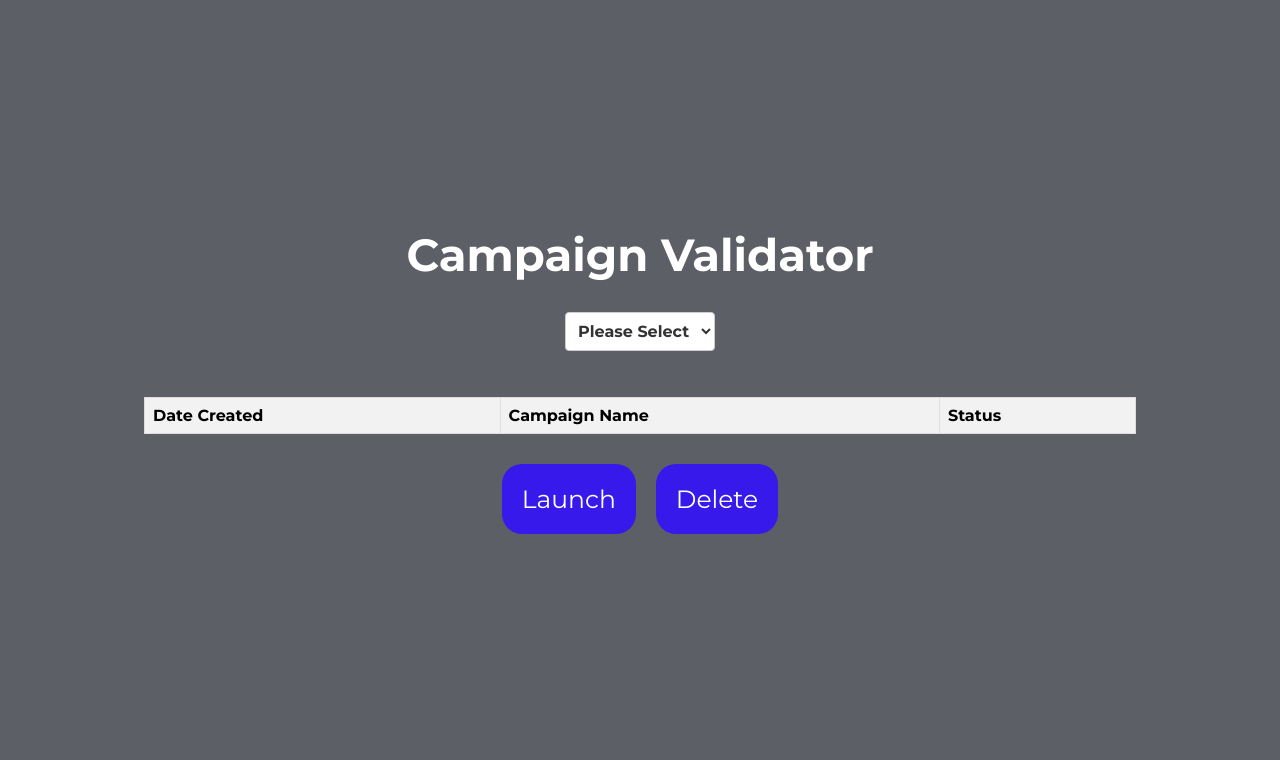
Repository: AbApin/project
Page: / (app in frontend/)
The author's editor kept a copy of each file at every save. The page is drawn from the files as they stood at one save, then again after the next save.
The browser window is 1280 px wide. The pictures show the whole page.
The page's requests for data from a server got no answer. The project was rebuilt for these pictures with package versions that can differ from the ones it lists, and the page was loaded fresh each time. No one was signed in, and anything a server would have sent is missing. Also part of the build but not shown: frontend/vue.config.js.

Above is the page before, as saved 2023-02-22 11:56:27.

After the next save:
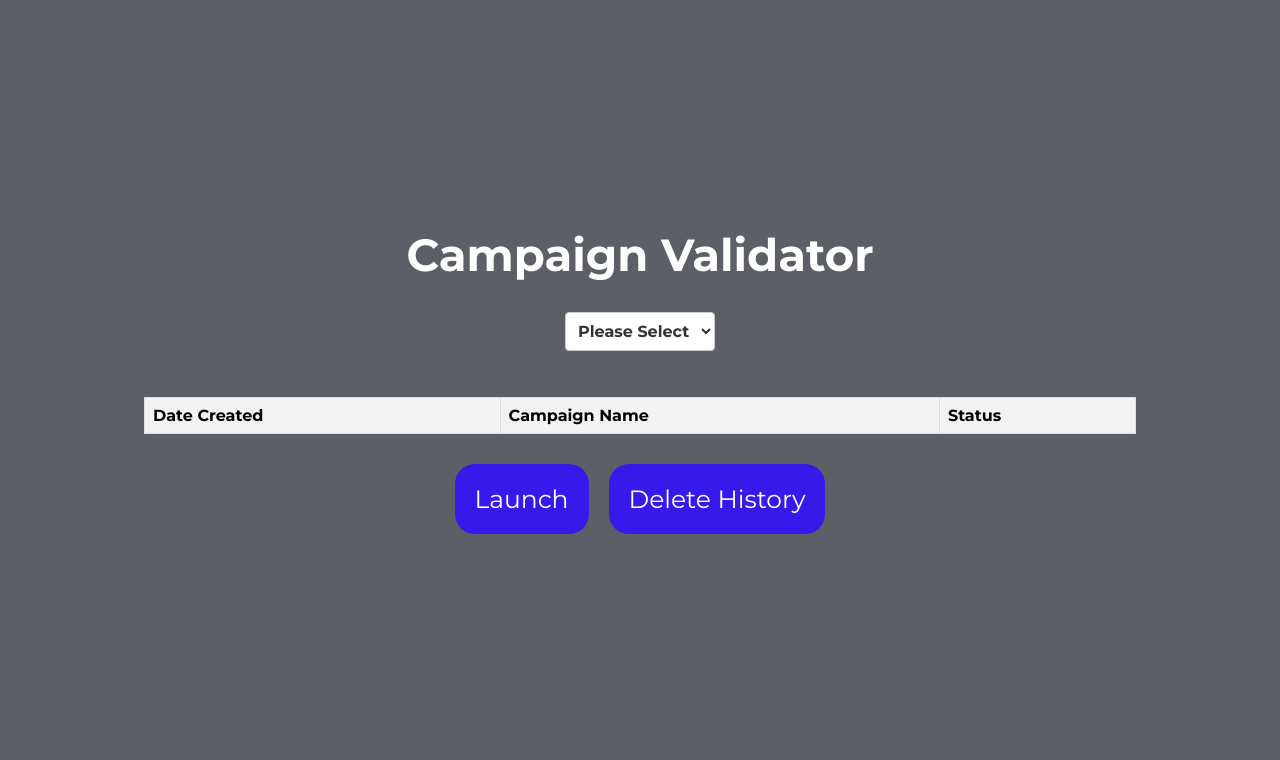
Saved 5 s later.
--- a/frontend/src/App.vue
+++ b/frontend/src/App.vue
@@ -22,7 +22,7 @@
     </table>
     <div class="btnsContainer">
       <button class="launchBtn" @click="createTest">launch</button>
-      <button class="deleteBtn" @click="createTest">delete </button>
+      <button class="deleteBtn" @click="createTest">delete history</button>
     </div>
   </div>
 </template>
